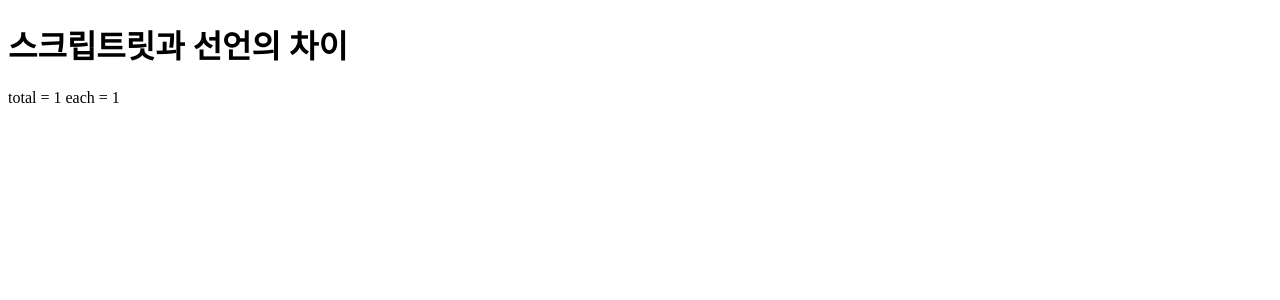
Repository: HeeMang28/jsp
Page: http://localhost/JSPBasic/jsptag/scriptletdeclaration.jsp
These files come from the project's save history. The page is drawn as it stood at one moment and after the next save; the edit follows.
The browser window is 1280 px wide. The pictures show the whole page.
The page is served by Tomcat 9.

Above is the page before, as saved 2022-03-23 12:43:09.

After the next save:
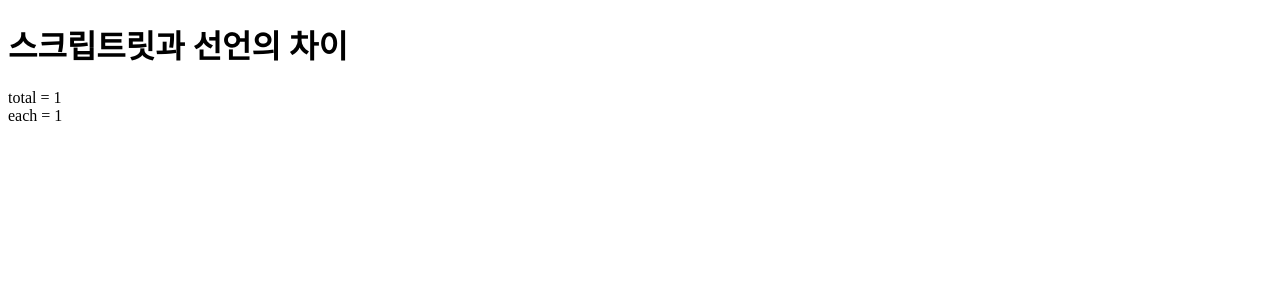
Saved 2 min 15 s later.
--- a/JSPBasic/src/main/webapp/jsptag/scriptletdeclaration.jsp
+++ b/JSPBasic/src/main/webapp/jsptag/scriptletdeclaration.jsp
@@ -18,6 +18,6 @@
 	%>
 </body>
 <h1>스크립트릿과 선언의 차이</h1>
-	total = <%= total %>
-	each = <%= each %>
+	total = <%= total %><br/>
+	each = <%= each %><br/>
 </html>
